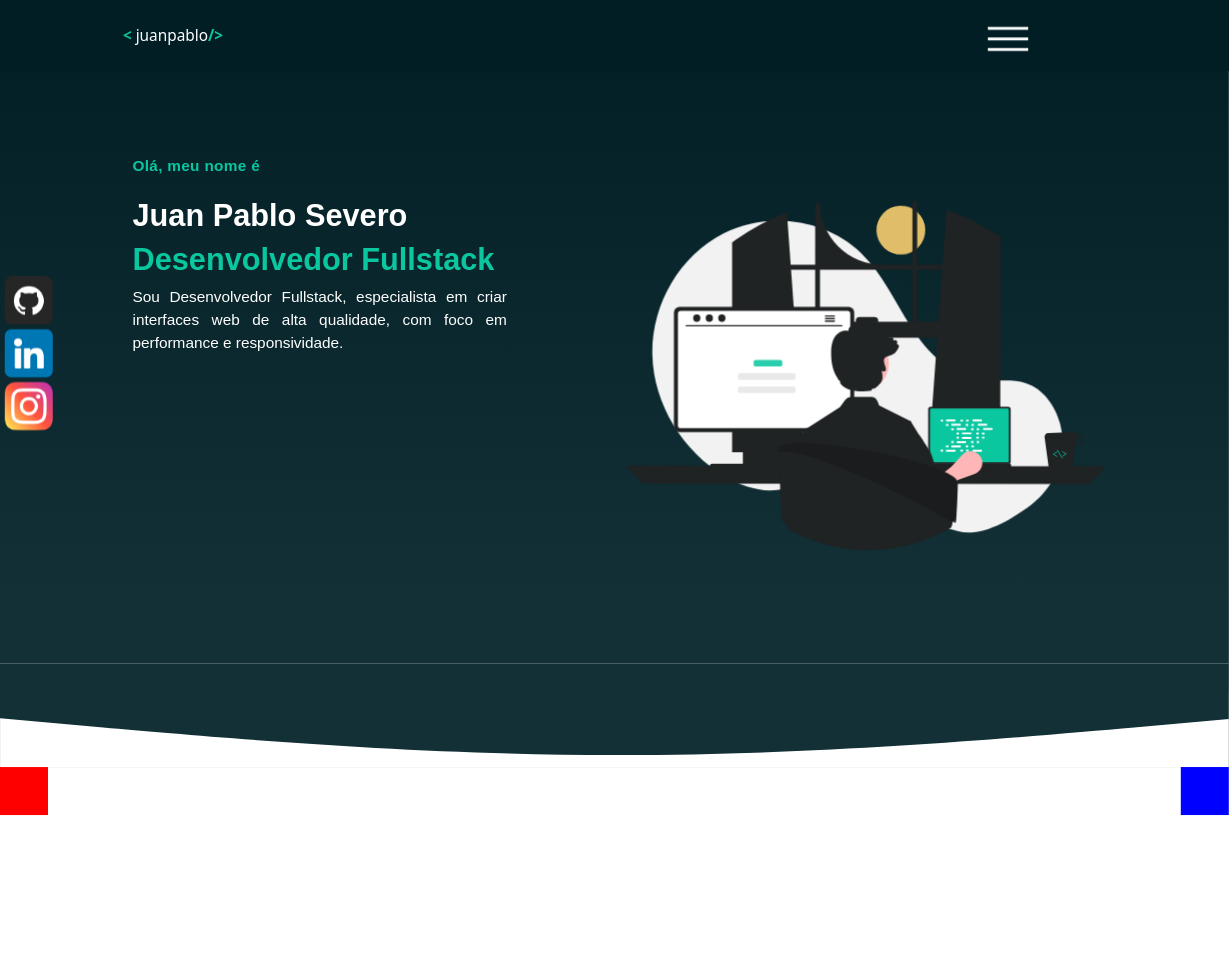
Repository: JuanPabloDS/portifolio
Page: http://localhost/
The author's editor kept a copy of each file at every save. The page is drawn from the files as they stood at one save, then again after the next save.
The browser window is 1280 px wide. The pictures show the whole page, at 96% of full size.
The page is served by the project's application, run on Django 4.2 (manage.py). Other server files are loaded and not shown.

Above is the page before, as saved 2023-03-23 15:46:21.

### core/templates/index.html
{% extends 'base.html' %}

{% block content %}

{% include 'apresentacao.html' %}

{% include 'perfil.html' %}

{% include 'portifolio.html' %}

{% include 'footer.html' %}

{% endblock %}

### core/templates/base.html
{% load static %}
<!DOCTYPE html>
<html lang="pt-br">
    <head>
        <!-- Required meta tags -->
        <meta charset="UTF-8">
        <meta http-equiv="X-UA-Compatible" content="IE=edge">
        <meta name="viewport" content="width=device-width, initial-scale=1.0">
        <title>Portifólio</title>
        <!-- Bootstrap CSS -->
        <link rel="stylesheet" href="{% static 'css/bootstrap.min.css' %}">
        <link rel="stylesheet" href="{% static 'css/style.css' %}">
        <link rel="stylesheet" href="{% static 'fonts/Poppins-Light.ttf' %}">

    </head>
    <body>
        <div class="pos-f-t">
          <header>
            <nav>
              <span class="span"><span class="span-cor">< </span>juanpablo<span class="span-cor">/></span></span>
              <ul class="nav-list">
                <div class="mobile-menu-ex">
                </div>
                <li><a href="#">Início</a></li>
                <li><a href="#">Sobre</a></li>
                <li><a href="#">Projetos</a></li>
                <li><a href="#">Contato</a></li>
              </ul>
            </nav>
          </header>
        </div>
        <div class="menu-icon">
            <div class="mobile-menu">
              <div class="line1"></div>
              <div class="line2"></div>
              <div class="line3"></div>
            </div>
          </div>
          <div class="page">


{% block content %}
{% endblock %}

### core/templates/perfil.html
{% load static %}
<div class="perfil">
    <div class="foto">

    </div>
    <div class="sobre">

    </div>

</div>

### core/templates/footer.html
{% load static %}
</div>
<!-- jQuery first, then Tether, then Bootstrap JS. -->
<script src="{% static 'js/script.js' %}"></script>
<script src="{% static 'js/jquery.js' %}"></script>
<script src="{% static 'js/bootstrap.js' %}" ></script>
<script src="{% static 'js/bootstrap.min.js' %}" ></script>
<script src="{% static 'js/bootstrap.bundle.js' %}" ></script>
<script src="{% static 'js/bootstrap.bundle.min.js' %}" ></script>
</body>
</html>

### core/views.py
from django.views.generic import TemplateView

class IndexView(TemplateView):
    template_name: str = 'index.html'

### portifolio/urls.py
"""portifolio URL Configuration

The `urlpatterns` list routes URLs to views. For more information please see:
    https://docs.djangoproject.com/en/4.1/topics/http/urls/
Examples:
Function views
    1. Add an import:  from my_app import views
    2. Add a URL to urlpatterns:  path('', views.home, name='home')
Class-based views
    1. Add an import:  from other_app.views import Home
    2. Add a URL to urlpatterns:  path('', Home.as_view(), name='home')
Including another URLconf
    1. Import the include() function: from django.urls import include, path
    2. Add a URL to urlpatterns:  path('blog/', include('blog.urls'))
"""
from django.contrib import admin
from django.urls import path, include

from django.conf.urls.static import static
from django.conf import settings

urlpatterns = [
    path('admin/', admin.site.urls),
    path('', include('core.urls')),
] + static(settings.MEDIA_URL, document_root=settings.MEDIA_ROOT)

### core/urls.py
from django.urls import path
from .views import IndexView

urlpatterns = [
    path('', IndexView.as_view(), name='index')
]

### core/static/css/style.css
/*! body */


body{
  margin: auto;
  height: 100%;
  font-family: 'Poppins', sans-serif;
}


* {
scrollbar-color: #454a4d #202324;
}

.hidden {
overflow: hidden;
}

main{
  margin: auto;
  width: 80%;
}

.page {
  margin: auto;
  width: 100%;
  padding-left: 10%;
  padding-right: 10%;
  background: -webkit-linear-gradient(270deg, #011e24, #133036 90%);

}


@media screen and (max-width: 600px) {
  body{
      width: 100%;
      margin: auto;
  }

}

/*! Menu */

a {
color: #fff;
text-decoration: none;
transition: 0.3s;
}

a:hover {
opacity: 0.7;
}

nav {
display: flex;
align-items: center;
font-family: system-ui, -apple-system, Helvetica, Arial, sans-serif;
background: #011e24;
height: 73px;
position: fixed;
width: 100%;
}


main {
background: url("bg.jpg") no-repeat center center;
background-size: cover;
height: 92vh;
float: right;
}

.nav-list {
list-style: none;
display: flex;
position: fixed;
z-index:9;
top: 0;
width: 100vw;
height: 100%;
background: #15081f;
flex-direction: column;
align-items: center;
justify-content: space-around;
transform: translateX(100%);
transition: transform 0.3s ease-in;
}

.span {
color: white;

margin-left: 10%;
}

.span-cor{
color: #0bc7a0;
font-weight: bold;
}

.nav-list li {
letter-spacing: 3px;
margin-left: 0;
opacity: 0;
}

.mobile-menu {
display: block;
cursor: pointer;
width: 80%;
margin:auto;
}

.mobile-menu div {
width: 42px;
height: 3px;
background: #fff;
margin: 8px;
margin-left: auto;
transition: 0.3s;
}

.mobile-menu.active .line1 {
transform: rotate(-45deg) translate(-9px, 10px);
}

.mobile-menu.active .line2 {
opacity: 0;
}

.mobile-menu.active .line3 {
transform: rotate(45deg) translate(-5px, -7px);
}

.nav-list.active {
transform: translateX(0);
}

.mobile-menu-ex {
display: block;
cursor: pointer;
}


@keyframes navLinkFade {
from {
  opacity: 0;
  transform: translateX(50px);
}
to {
  opacity: 1;
  transform: translateX(0);
}
}

.menu-icon {
position: fixed;
z-index:10;
top:0;
margin-top: 20px;
left: 80%;
}

@media screen and (max-width: 800px) {

.mobile-menu div {
  background: #fff;
  margin: 4px;
  transition: 0.3s;
  width: 25px;
  }
.span{
  font-size: 0.8rem;
}
.mobile-menu.active .line1 {
  transform: rotate(-45deg) translate(-4px, 2px);
}

.mobile-menu.active .line3 {
  transform: rotate(45deg) translate(-8px, -6px);
}

.nav-list a {
  font-size: 10px;
}


}


/*! Fim Menu inicial */

/*! Apresentacao */

.apresentacao{
  display: flex;
  flex-direction: row ;
  flex-wrap: wrap;
  background-color: black;
}

.imagem{
display: flex;
flex-direction: row ;
flex-wrap: wrap;
flex-flow: row wrap;
justify-content: flex-end;
margin-top: 0px;
margin-bottom: 50px;
align-items: end;
width: auto;
height: auto;
}

.imagem img {

  width: 400px;
  height: 400px;
  float: right;
  -webkit-filter: drop-shadow(15px 10px 5px rgba(0,0,0,.5));
  filter: drop-shadow(15px 10px 5px rgba(0,0,0,.5));
}

.svg {
background-color: #133036;
}

.apresentacao-img {
width: 150px;
height: 150px;
border-radius: 100%;
}

.apresentacao-img:hover {
-webkit-transform: scale(2.3);
-ms-transform: scale(2.3);
transform: scale(1.3);
}



.apresentacao-div{
margin-left: 15px;
margin-top: 20px;
}
.apresentacao-p{
width: 400px;
margin-top: 20px;
font-size: 16px;
color: white;
text-align: justify;
padding-left: 10px;
}
.apresentacao-p p {
margin-bottom: 20px;
}
.apresentacao-p h2 {
font-weight: 600;
}

.h2 {
color: #0bc7a0;
}

.show{
display: flex;
flex-flow: row wrap;
justify-content: space-between;
margin-top: 11vw;
width: 100%;
}

.nome {
color: #0bc7a0;
font-weight: 600;
font-size: inherit;
letter-spacing: 0.02rem;
}

.borda{
display: flex;
flex-direction: row ;
flex-wrap: wrap;
}

.borda h1 {
  font-weight: bold;
  color: white;
  font-size: 60px;
  letter-spacing: 5px;
  text-shadow: rgb(114, 106, 106) 0.05em 0.05em 0.1em;

}

.borda h3 {
font-weight: bold;
color: white;
font-size: 17px;
letter-spacing: 5px;
padding-bottom: 15px;
text-shadow: rgb(114, 106, 106) 0.05em 0.05em 0.1em;


}
.icons{
position: fixed;
padding-left: 5px;
bottom: 0;
left: 0;
width: 50px;
top: 40%;
}

.icons img{
width: 50px;
height: 50px;
margin-bottom: 5px;
}

/* SVG */

#change {
animation: change 6s infinite;
transform-origin: center;
}

@keyframes change {
0% {
  transform: rotateZ(0deg);

}
30% {
  transform: rotateZ(100deg);

}
40%, 50% {
  opacity: 0;
}
90%, 100% {
  transform: rotateZ(360deg);
}
}

#code1 {
animation: code 3s ease infinite;
}

@keyframes code {
20%, 100% {
  opacity: 0;
}
0% {
  width: 0;
  opacity: 1;
}
100%{
  width: 100;
  opacity: 1;
}
}

#code2 {
animation: code2 3s infinite ease-in-out;
}

@keyframes code2 {

0% {
  width: 0px;
}
100%{
  width: 200;
  opacity: 1;
}
}
/* Fim SVG */

@media screen and (max-width: 800px) {
.borda {
  display: flex;
  flex-direction: column;
  flex-wrap: inherit;
  width: 135%;
}
.borda h1 {
  letter-spacing: 0.6vw;
  font-size: 7vw;
}
.borda h3 {

  font-size: 4vw;
  letter-spacing: 0.6vw;
}
.borda p {
  margin-top: 1vw;
  font-size: 2vw;
}
.imagem img {
  margin-top: 3vw;
  width: 50vw;
  height: 50vw;
}
.icons{
  width: 30px;
}
.icons img {
  width: 30px;
  height: 30px;
}
.apresentacao-p {
  font-size: 12px;
  margin-top: 100px;
}
.apresentacao-p h2 {
  font-size: 1.5rem;
}
.imagem svg {
  width:400px;
  height:400px;
}



}
#elementEl::after {
content: '|';
margin-left: 5px;
animation: blink 0.7s infinite;

}

@keyframes blink {
0% {
  opacity: 1;
}
100% {
  opacity: 0;
}
}

/*! Fim Apresentação */

/*! perfil */


.perfil {
  height: 200px;
  width: 100%;
  display: flex;
  flex-direction: row ;
  flex-wrap: wrap;
  flex-flow: row wrap;
  justify-content: space-between;
}

.foto {
  width: 50px;
  height: 50px;
  background-color: red;
}

.sobre {
  width: 50px;
  height: 50px;
  background-color: blue;
}

Loaded but not shown: core/templates/portifolio.html (common file); core/static/css/bootstrap.min.css (library); core/static/js/jquery.js (library); core/static/js/bootstrap.js (library); core/static/js/bootstrap.min.js (library); core/static/js/bootstrap.bundle.js (library); core/static/js/bootstrap.bundle.min.js (library); core/static/js/script.js (58 lines, source omitted); core/templates/apresentacao.html (135 lines, source omitted)

After the next save:
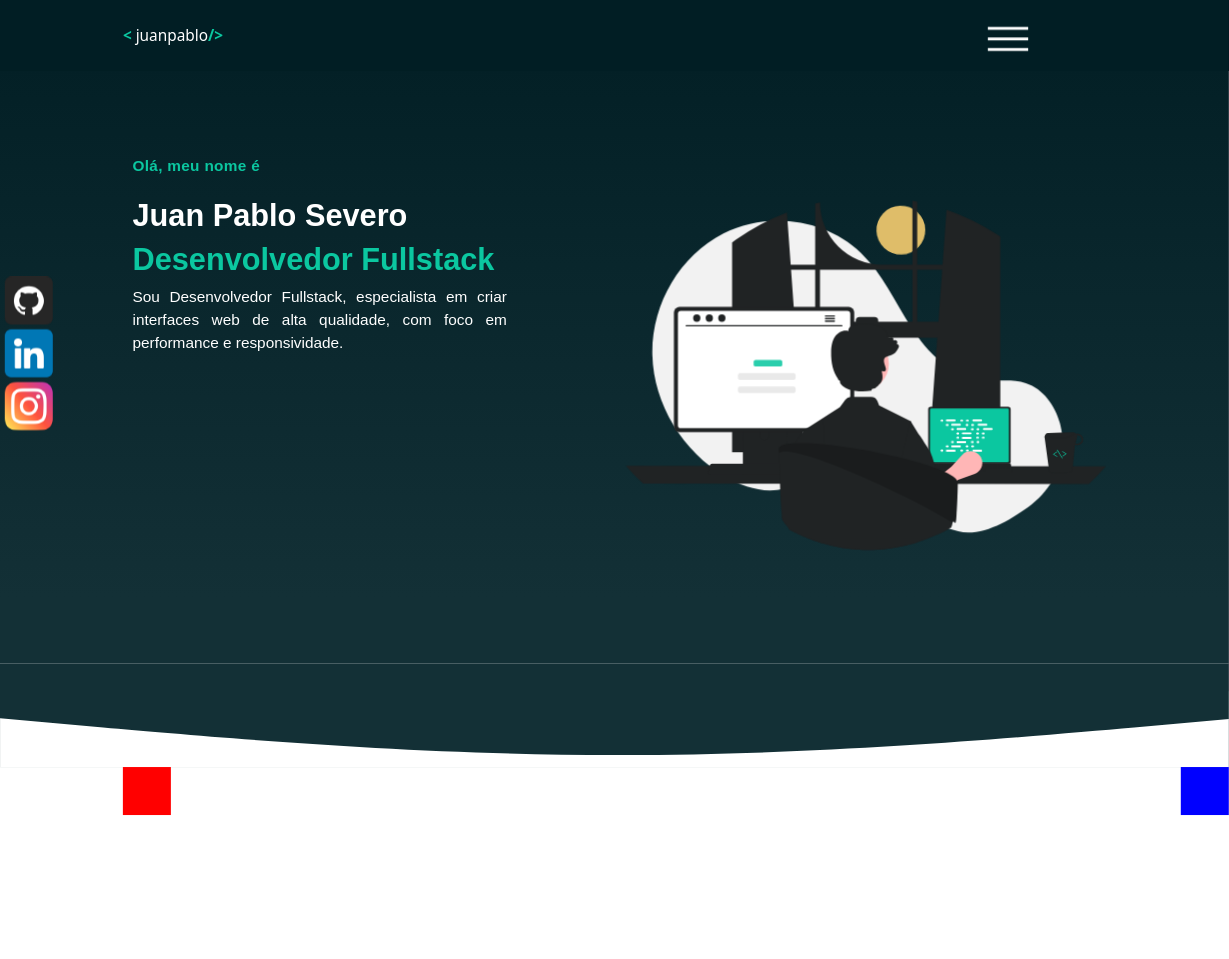
Saved 33 s later.
--- a/core/static/css/style.css
+++ b/core/static/css/style.css
@@ -449,6 +449,7 @@ animation: blink 0.7s infinite;
   flex-wrap: wrap;
   flex-flow: row wrap;
   justify-content: space-between;
+  padding-left: 10%;
 }
 
 .foto {
